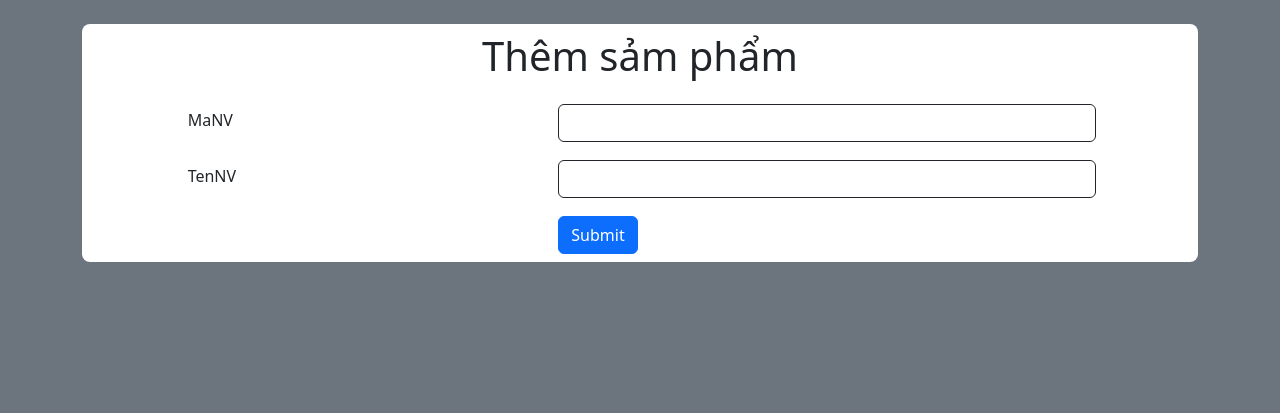
Repository: HT-35/iuh
Page: thi GK/index.html
The author's editor kept a copy of each file at every save. The page is drawn from the files as they stood at one save, then again after a run of saves.
The browser window is 1280 px wide. The pictures show the whole page.

Above is the page before, as saved 2024-03-28 07:03:06.

### thi GK/index.html
<!DOCTYPE html>
<html lang="en">

<head>
  <meta charset="UTF-8">
  <meta name="viewport" content="width=device-width, initial-scale=1.0">
  <title>Call API from Form Input</title>
  <link href="https://cdn.jsdelivr.net/npm/bootstrap@5.3.3/dist/css/bootstrap.min.css" rel="stylesheet">
</head>

<body class="container bg-secondary">

  <div class="row">

    <!-- <div class="col-sm-3 col-md-3 col-lg-3"></div> -->

    <div class="col-12 col-sm-12 col-md-12 col-lg-12">
      <div class="  bg-white rounded-3 p-2 w-100 mt-4">
        <div class="row">

          <div class="title col-12 col-sm-12 col-md-12 col-lg-12">
            <h1 class="text-center">Thêm sảm phẩm</h1>
          </div>
        </div>

        <form action="#" class="">
          <div class="mb-3 mt-3 row">
            <div class="col-0 col-sm-2 col-md-2 col-lg-1  ">

            </div>
            <div class="col-6 col-sm-4 col-md-4 col-lg-4  ">
              <label for="name-product" class="form-label p-1">MaNV</label>
            </div>
            <div class="col-6 col-sm-6 col-md-6 col-lg-6">
              <input type="text" class="form-control border border-dark" id="name-product" placeholder=""
                name="name-product">
            </div>
          </div>



          <div class="mb-3 mt-3 row">
            <div class="col-0 col-sm-2 col-md-2 col-lg-1  ">

            </div>
            <div class="col-6 col-sm-4 col-md-4 col-lg-4  ">
              <label for="price" class="form-label p-1">TenNV</label>
            </div>
            <div class="col-6 col-sm-6 col-md-6 col-lg-6"><input type="number" class="form-control border border-dark"
                id="price" placeholder="" name="price"></div>
          </div>

          <div class="row">
            <div class=" col-4 col-sm-5 col-md-5 col-lg-5 "></div>
            <div class=" col-6 col-sm-3 col-md-3 col-lg-3 "><button type="button"
                class="btn  btn-primary">Submit</button>
            </div>
            <div class=" col-6 col-sm-4 col-md-4 col-lg-4 "></div>

          </div>

          <div class="insertData">
            <!-- <div class="title col-12 col-sm-12 col-md-12 col-lg-12">
              <h1 class="text-center">Thêm Sẩn Phẩm Thành Công</h1>
            </div>
            <div class="table-responsive">
              <table class="table">
                <thead>
                  <tr>
                    <th>STT</th>
                    <th>MaNV</th>
                    <th>TenNV</th>
                    <th>NgaySinh</th>
                    <th>GioiTinh</th>
                    <th>Email</th>
                  </tr>
                </thead>
                <tbody id="insertData"> -->
            <!-- <tr>
                                      <th scope="row">1</th>
                                      <td>iphone 15</td>
                                      <td>15.000.000</td>
                                      <td>iphone 15</td>
                                      <td>15.000.000</td>
                                      <td>15.000.000</td>
                                    </tr> -->

            </tbody>
            </table>
          </div>
      </div>
      </form>
      <div id="result"></div>
    </div>

  </div>


  <!-- <div class="col-sm-3 col-md-3 col-lg-3"></div> -->
  </div>



  <script src="https://cdn.jsdelivr.net/npm/bootstrap@5.3.3/dist/js/bootstrap.bundle.min.js"></script>
  <script src="./js/script.js"></script>
</body>

</html>

### thi GK/js/script.js
document.addEventListener("DOMContentLoaded", async () => {
  const btn = document.querySelector(".btn");

  const callApi = async (product) => {
    const res = await fetch("http://localhost:3000/product/create", {
      method: "POST",
      headers: {
        "Content-Type": "application/json", // Thêm header Content-Type
      },
      body: JSON.stringify(product),
    });
    const data = await res.json();
    return data;
  };

  btn.addEventListener("click", async () => {
    const nameProduct = document.querySelector("#name-product").value;
    const price = document.querySelector("#price").value;

    const product = {
      product: nameProduct,
      price: price,
    };

    const dataApi = await callApi(product);
    console.log(dataApi);
    // const { product, price } = dataApi.data;

    if (dataApi.status) {
      const insertData = document.querySelector("#insertData");
      const { product, price } = dataApi.data;

      const template = `
                  <div class="title col-12 col-sm-12 col-md-12 col-lg-12">
              <h1 class="text-center">Thêm Sẩn Phẩm Thành Công</h1>
            </div>
            <div class="table-responsive">
              <table class="table">
                <thead>
                  <tr>
                    <th>STT</th>
                    <th>MaNV</th>
                    <th>TenNV</th>
                    <th>NgaySinh</th>
                    <th>GioiTinh</th>
                    <th>Email</th>
                  </tr>
                </thead>
                <tbody id="insertData">
              <tr>
                                      <th scope="row">1</th>
                                      <td>${product}</td>
                                      <td>${price}</td>
                                      <td>${product}</td>
                                      <td>${price}</td>
                                      <td>${price}</td>
              </tr>

           `;
      insertData.insertAdjacentHTML("beforeend", template);
    }
    // console.log(product);
  });
});

After the next 4 saves:
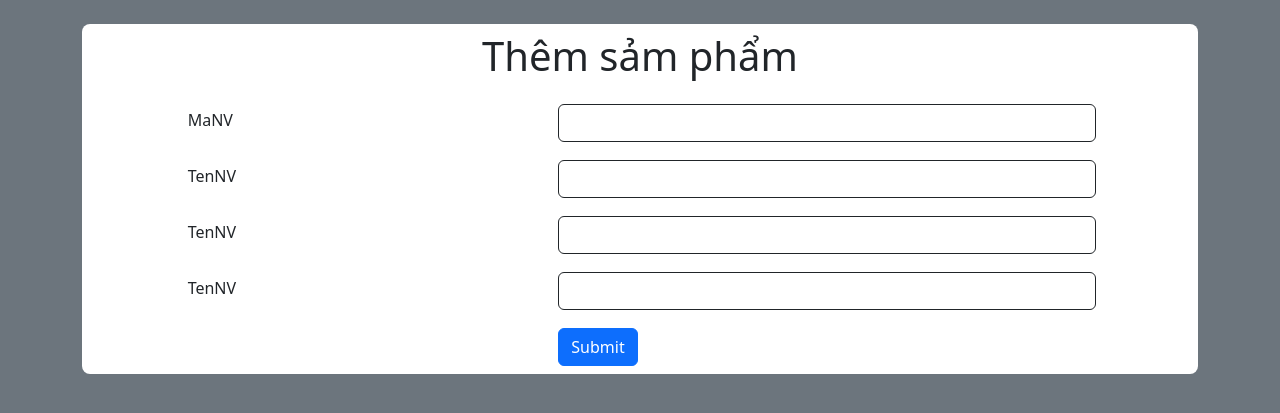
The 4 saves are shown as one change because they came seconds apart.
The last was saved 14 s later.
--- a/thi GK/index.html
+++ b/thi GK/index.html
@@ -38,6 +38,28 @@
           </div>
 
 
+
+          <div class="mb-3 mt-3 row">
+            <div class="col-0 col-sm-2 col-md-2 col-lg-1  ">
+
+            </div>
+            <div class="col-6 col-sm-4 col-md-4 col-lg-4  ">
+              <label for="price" class="form-label p-1">TenNV</label>
+            </div>
+            <div class="col-6 col-sm-6 col-md-6 col-lg-6"><input type="number" class="form-control border border-dark"
+                id="price" placeholder="" name="price"></div>
+          </div>
+
+          <div class="mb-3 mt-3 row">
+            <div class="col-0 col-sm-2 col-md-2 col-lg-1  ">
+
+            </div>
+            <div class="col-6 col-sm-4 col-md-4 col-lg-4  ">
+              <label for="price" class="form-label p-1">TenNV</label>
+            </div>
+            <div class="col-6 col-sm-6 col-md-6 col-lg-6"><input type="number" class="form-control border border-dark"
+                id="price" placeholder="" name="price"></div>
+          </div>
 
           <div class="mb-3 mt-3 row">
             <div class="col-0 col-sm-2 col-md-2 col-lg-1  ">
